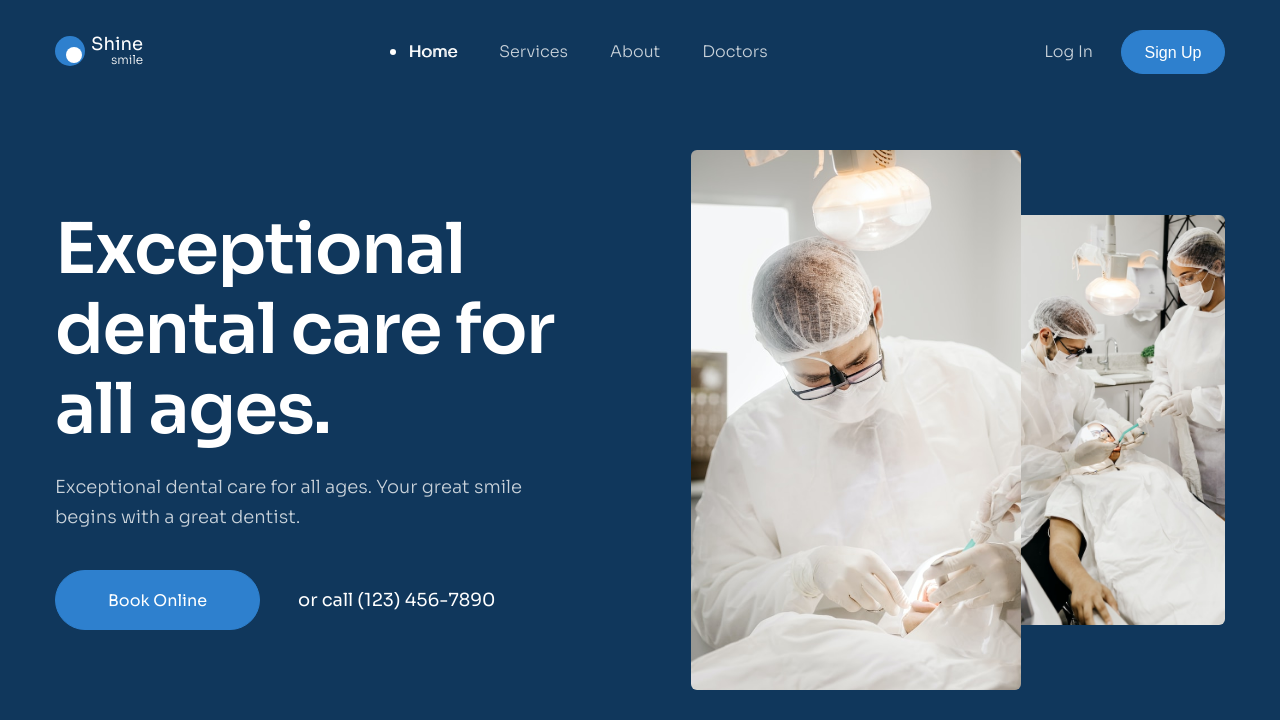
Repository: Tran-Dat/F8_Project_03
Page: index.html
These files come from the project's save history. The page is drawn as it stood at one moment and after the next save; the edit follows.
The browser window is 1280 px wide. The pictures show the whole page.

Above is the page before, as saved 2023-04-03 10:45:06.

### index.html
<!DOCTYPE html>
<html lang="en">
    <head>
        <meta charset="UTF-8" />
        <meta http-equiv="X-UA-Compatible" content="IE=edge" />
        <meta name="viewport" content="width=device-width, initial-scale=1.0" />
        <title>shine smile</title>

        <!-- Favicon -->
        <link rel="apple-touch-icon" sizes="57x57" href="./assets/favicon/" />
        <link
            rel="apple-touch-icon"
            sizes="60x60"
            href="./assets/favicon/apple-icon-60x60.png"
        />
        <link
            rel="apple-touch-icon"
            sizes="72x72"
            href="./assets/favicon/apple-icon-72x72.png"
        />
        <link
            rel="apple-touch-icon"
            sizes="76x76"
            href="./assets/favicon/apple-icon-76x76.png"
        />
        <link
            rel="apple-touch-icon"
            sizes="114x114"
            href="./assets/favicon/apple-icon-114x114.png"
        />
        <link
            rel="apple-touch-icon"
            sizes="120x120"
            href="./assets/favicon/apple-icon-120x120.png"
        />
        <link
            rel="apple-touch-icon"
            sizes="144x144"
            href="./assets/favicon/apple-icon-144x144.png"
        />
        <link
            rel="apple-touch-icon"
            sizes="152x152"
            href="./assets/favicon/apple-icon-152x152.png"
        />
        <link
            rel="apple-touch-icon"
            sizes="180x180"
            href="./assets/favicon/apple-icon-180x180.png"
        />
        <link
            rel="icon"
            type="image/png"
            sizes="192x192"
            href="./assets/favicon/android-icon-192x192.png"
        />
        <link
            rel="icon"
            type="image/png"
            sizes="32x32"
            href="./assets/favicon/favicon-32x32.png"
        />
        <link
            rel="icon"
            type="image/png"
            sizes="96x96"
            href="./assets/favicon/favicon-96x96.png"
        />
        <link
            rel="icon"
            type="image/png"
            sizes="16x16"
            href="./assets/favicon/favicon-16x16.png"
        />
        <link rel="manifest" href="./assets/favicon/manifest.json" />
        <meta name="msapplication-TileColor" content="#ffffff" />
        <meta
            name="msapplication-TileImage"
            content="./assets/favicon/ms-icon-144x144.png"
        />
        <meta name="theme-color" content="#ffffff" />

        <!-- Emmet Fonts -->
        <link rel="preconnect" href="https://fonts.googleapis.com" />
        <link rel="preconnect" href="https://fonts.gstatic.com" crossorigin />
        <link
            href="https://fonts.googleapis.com/css2?family=Sora:wght@300;400;500;600;700;800&display=swap"
            rel="stylesheet"
        />

        <!-- Reset Css -->
        <link rel="stylesheet" href="./assets/css/reset.css" />
        <link rel="stylesheet" href="./assets/css/style.css" />
    </head>
    <body>
        <header class="header">
            <div class="container">
                <!-- Header top -->
                <div class="header-top">
                    <!-- Logo -->
                    <a href="/">
                        <div class="logo">
                            <span class="logo__circle"> </span>
                            <span class="logo__text">
                                <span class="logo__brand">Shine</span>
                                <span class="logo__brand logo__brand--small">
                                    smile
                                </span>
                            </span>
                        </div>
                    </a>

                    <!-- NavBar -->
                    <nav class="navbar">
                        <ul class="navbar__list">
                            <li class="navbar__item">
                                <a
                                    href="#!"
                                    class="navbar__link navbar__item--active"
                                >
                                    Home
                                </a>
                            </li>
                            <li class="navbar__item">
                                <a href="#!" class="navbar__link">Services</a>
                            </li>
                            <li class="navbar__item">
                                <a href="#!" class="navbar__link">About</a>
                            </li>
                            <li class="navbar__item">
                                <a href="#!" class="navbar__link">Doctors</a>
                            </li>
                        </ul>
                    </nav>

                    <!-- Action -->
                    <div class="header-action">
                        <a href="" class="header-action__login">Log In</a>
                        <button href="" class="btn header-action__signup">
                            Sign Up
                        </button>
                    </div>
                </div>

                <!-- Hero -->
                <section class="hero">
                    <!-- Hero content -->
                    <section class="hero__content">
                        <h1 class="hero__heading">
                            Exceptional dental care for all ages.
                        </h1>
                        <p class="hero__desc">
                            Exceptional dental care for all ages. Your great
                            smile begins with a great dentist.
                        </p>
                        <div class="hero__row">
                            <a href="" class="btn">Book Online</a>
                            <span class="hero__phone"
                                >or call (123) 456-7890</span
                            >
                        </div>
                    </section>

                    <!-- Hero media -->
                    <div class="hero__media">
                        <figure class="hero__images">
                            <img
                                src="./assets/img/hero-01.jpg"
                                alt=""
                                class="hero__img"
                            />
                            <img
                                src="./assets/img/hero-02.jpg"
                                alt=""
                                class="hero__img"
                            />
                        </figure>
                    </div>
                </section>
            </div>
        </header>
    </body>
</html>

### assets/css/style.css
* {
    box-sizing: border-box;
}

:root {
    --header-bg: #10375c;
}

html {
    font-size: 62.5%;
}

body {
    font-size: 1.6rem;
    font-family: "Sora", sans-serif;
}

/* ================================================================ Common ================================================================ */

.btn {
    --height: 60px;

    display: inline-block;
    min-width: 205px;
    height: var(--height);
    padding: 0 20px;
    border-radius: 99px;
    border: 1px solid #2e80ce;
    font-size: 1.6rem;
    font-weight: 400;
    text-align: center;
    line-height: var(--height);
    color: #fff;
    background: #2e80ce;
}

.btn:hover {
    opacity: 0.9;
    cursor: pointer;
}

a {
    text-decoration: none;
}

.container {
    width: 1170px;
    max-width: calc(100% - 48px);
    margin: 0 auto;
}

/* ================================================================ Header ================================================================ */

.header {
    min-height: 100vh;
    background: var(--header-bg);
    padding-top: 30px;
}

.header-top {
    display: flex;
    justify-content: space-between;
    align-items: center;
}

.logo {
    display: inline-flex;
    position: relative;
    font-size: 1rem;
}

.logo__circle::before,
.logo__circle::after {
    content: "";
    display: inline-block;
    border-radius: 50%;
}

.logo__circle::before {
    width: 3em;
    height: 3em;
    background: #2e80ce;
}

.logo__circle::after {
    position: absolute;
    top: 1.1em;
    left: 1.1em;
    width: 1.6em;
    height: 1.6em;
    background: #fff;
}

.logo__text {
    margin-left: 0.6em;
    text-align: right;
    line-height: 1.6em;
}

.logo__brand {
    display: block;
    font-size: 1.8em;
    font-weight: 400;
    color: #fff;
}

.logo__brand--small {
    font-size: 1.2em;
    font-weight: 300;
}

.navbar__list {
    display: flex;
}

.header-action__login,
.navbar__link {
    padding: 4px 21px;
    font-weight: 300;
    font-size: 1.6rem;
    line-height: 1.75;
    color: #c9d2da;
}

.navbar__link:hover,
.navbar__item--active {
    text-shadow: 1px 0 0 currentColor;
    color: #fff;
}

.navbar__item--active::before {
    position: relative;
    left: -8px;
    top: -2px;
    content: "";
    display: inline-block;
    width: 6px;
    height: 6px;
    border-radius: 50%;
    background-color: #fff;
}

.header-action {
    display: flex;
    align-items: center;
}

.header-action__login {
    margin-right: 7px;
}

.header-action__signup {
    --height: 44px;
    height: var(--height);
    min-width: 104px;
}

/* ========================================== Hero =========================================== */

.hero {
    margin-top: 76px;
    display: flex;
    align-items: center;
}

/*           Hero content             */
.hero__content {
    flex-shrink: 0;
    width: 44%;
}

.hero__heading {
    font-weight: 600;
    font-size: 7rem;
    line-height: 1.14;
    letter-spacing: -0.02em;
    color: #ffffff;
}

.hero__desc {
    margin-top: 22px;
    font-weight: 300;
    font-size: 1.8rem;
    line-height: 1.67;
    color: #c9d2da;
}

.hero__row {
    display: flex;
    align-items: center;
    margin-top: 38px;
}

.hero__phone {
    margin-left: 38px;
    font-size: 1.8rem;
    line-height: 1.67;
    color: #ffffff;
}

/*           Hero media             */
.hero__media {
    flex-grow: 1;
}

.hero__images {
    display: flex;
    justify-content: flex-end;
    align-items: center;
}

.hero__img {
    width: 330px;
    height: 540px;
    border-radius: 6px;
    object-fit: cover;
}

.hero__img:first-child {
    position: relative;
    margin-right: -6px;
}

.hero__img:last-child {
    width: 210px;
    height: 410px;
}

Loaded but not shown: assets/css/reset.css (common file)

After the next save:
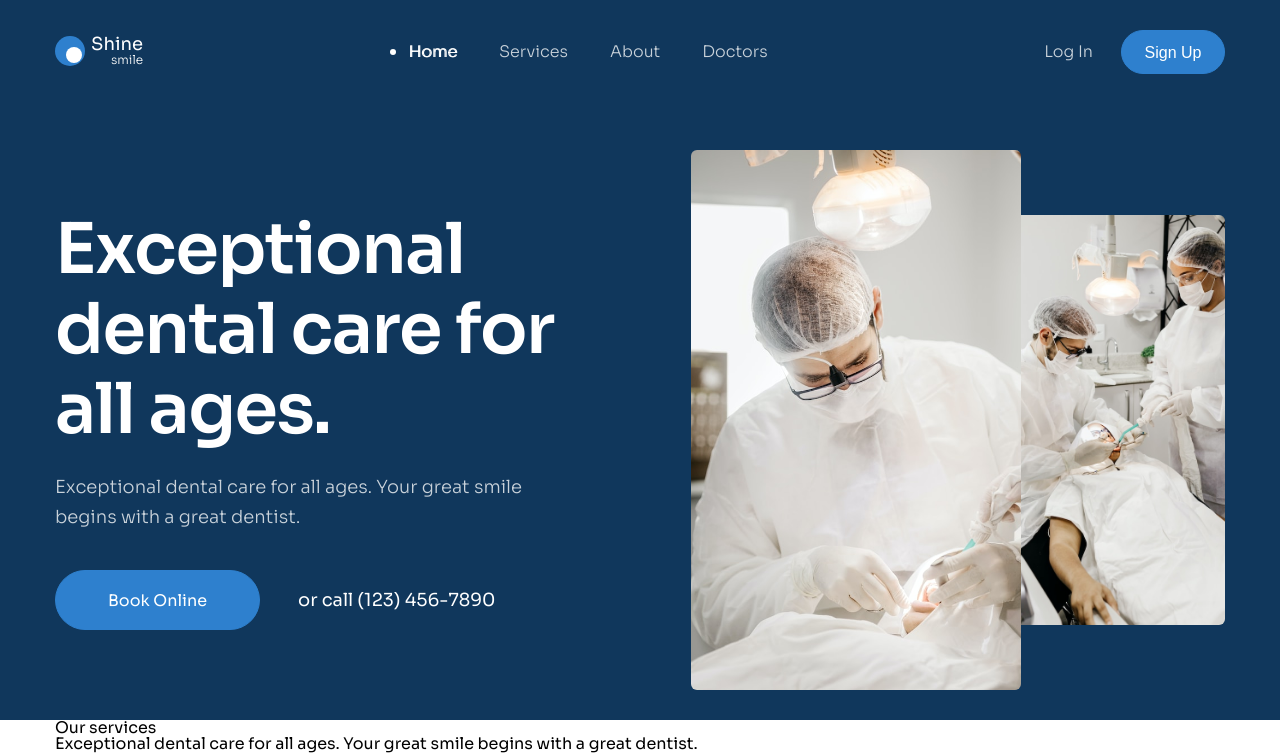
Saved 3 h 53 min later.
--- a/index.html
+++ b/index.html
@@ -93,6 +93,7 @@
         <link rel="stylesheet" href="./assets/css/style.css" />
     </head>
     <body>
+        <!-- Header -->
         <header class="header">
             <div class="container">
                 <!-- Header top -->
@@ -179,5 +180,17 @@
                 </section>
             </div>
         </header>
+
+        <main>
+            <section class="service">
+                <div class="container">
+                    <h2 class="section-heading">Our services</h2>
+                    <p class="section-desc">
+                        Exceptional dental care for all ages. Your great smile
+                        begins with a great dentist.
+                    </p>
+                </div>
+            </section>
+        </main>
     </body>
 </html>
